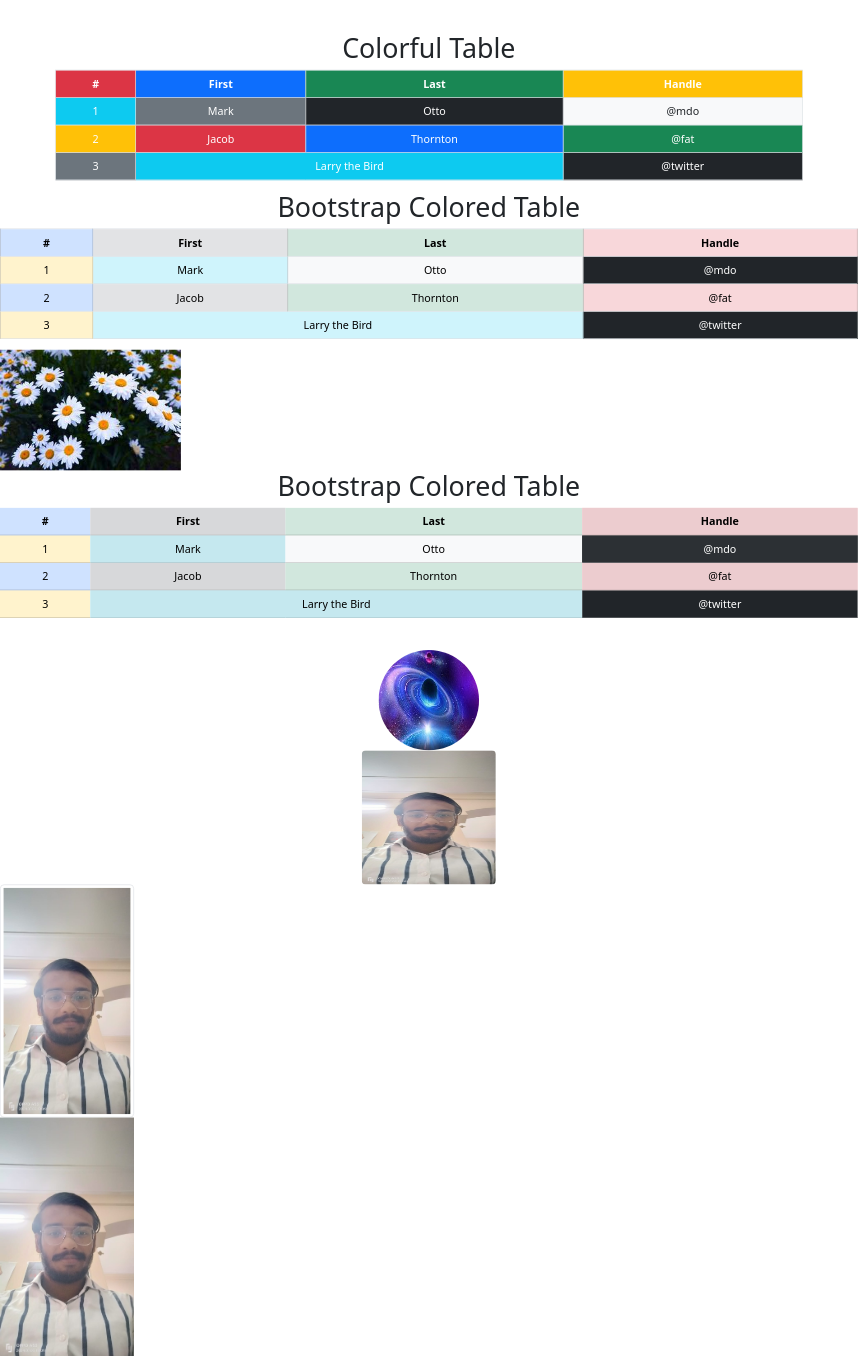
Repository: arunyerram/Web-TEChnologies
Page: BootstrapTables.html
An editor plug-in stored every save of this project. The page is shown before and after a run of saves, followed by the edit.
The browser window is 1280 px wide. The pictures show the whole page, at 67% of full size.

Above is the page before, as saved 2025-02-22 12:21:33.

After the next 2 saves:
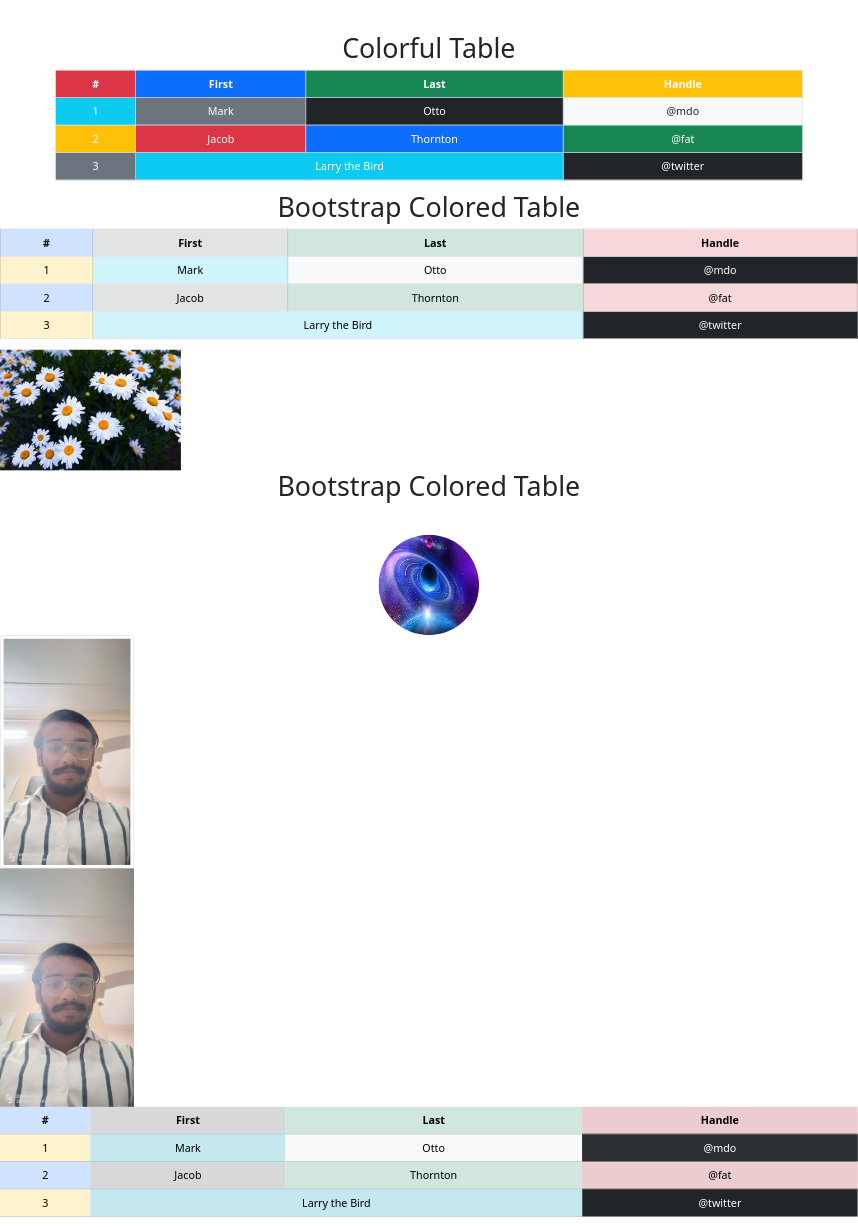
The 2 saves are shown as one change because they came seconds apart.
The last was saved 11 s later.
--- a/BootstrapTables.html
+++ b/BootstrapTables.html
@@ -115,12 +115,16 @@
                     <td class="table-dark text-white">@twitter</td>
                 </tr>
             </tbody>
+
+            </
         </table>
 
         <div class="container text-center mt-5">
             <img src="universe.jpg" class="rounded-circle oval-image" alt="Oval Image"  width="150px" height="150px"
             object-fit="cover">
         </div>
+
+        </
 
         <img src="Arun.jpg" class="rounded mx-auto d-block" alt="..." height="200px" width="200px">
 
